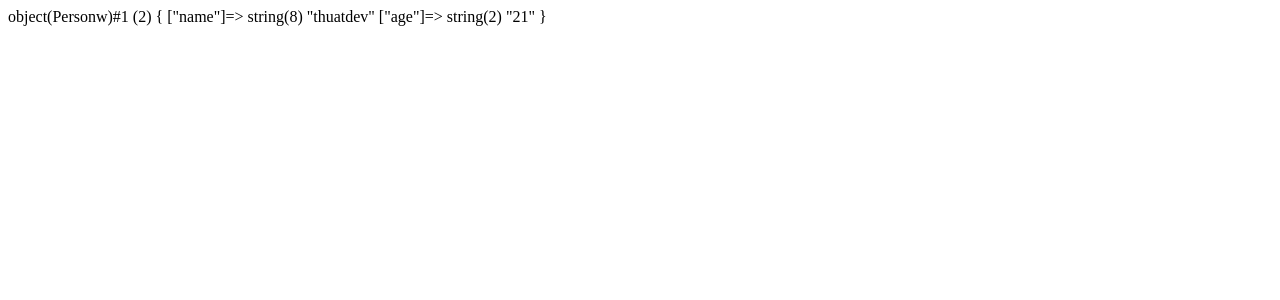
Repository: ThuatDev/php-push
Page: http://localhost/thuat_lear_class.php
An editor plug-in stored every save of this project. The page is shown before and after the next save, followed by the edit.
The browser window is 1280 px wide. The pictures show the whole page.
The page is run by PHP 8.4 with error messages shown; the project is at /var/www/html/.

Above is the page before, as saved 2023-09-30 07:03:50.

### thuat_lear_class.php
<?php
require_once 'classes/leanr_person.php';
$personMale = new Personw();

var_dump($personMale);

### classes/leanr_person.php
<?php
class Personw {
  public $name='thuatdev' ,$age='21' ;
  const MIN_AGE=25;
    public function getName(){
        return 'Tôi là thuat';
    }
  public function getAge (){
    return 'Tôi 30 tuổi';
}
}

After the next save:
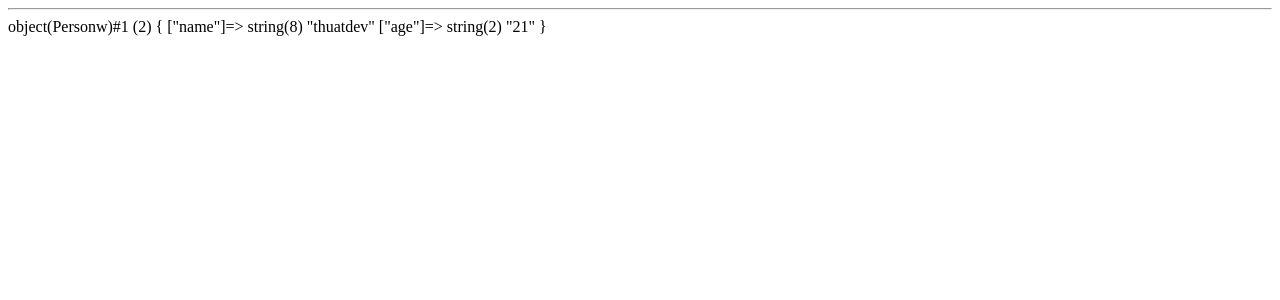
Saved 39 s later.
--- a/thuat_lear_class.php
+++ b/thuat_lear_class.php
@@ -1,5 +1,5 @@
 <?php
 require_once 'classes/leanr_person.php';
 $personMale = new Personw();
-
+echo '<hr/>';
 var_dump($personMale);
